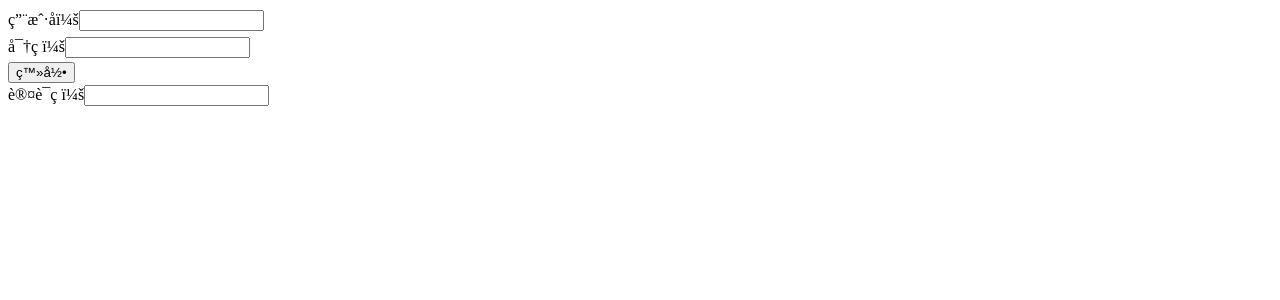
Repository: wsws1996/myproject
Page: java/workspace/day07/WebRoot/login2.html
The author's editor kept a copy of each file at every save. The page is drawn from the files as they stood at one save, then again after the next save.
The browser window is 1280 px wide. The pictures show the whole page.

Above is the page before, as saved 2015-11-13 02:31:42.

After the next save:
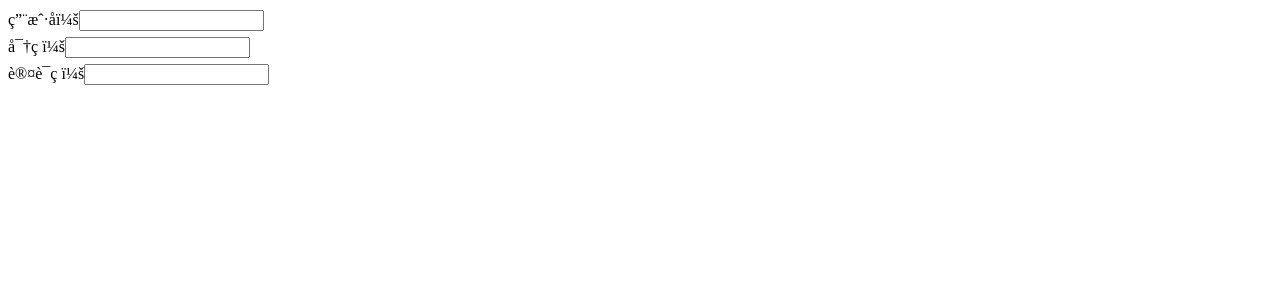
Saved 21 s later.
--- a/java/workspace/day07/WebRoot/login2.html
+++ b/java/workspace/day07/WebRoot/login2.html
@@ -15,7 +15,6 @@
   <form action="/day07/servlet/LoginServlet" method="post">
   	用户名：<input type="text" name="username"><br>
   	密码：<input type="text" name="password"><br>
-  	<input type="submit" value="登录"><br/>
   	认证码：<input type="text"name="checkcode">
   </form>
   </body>
